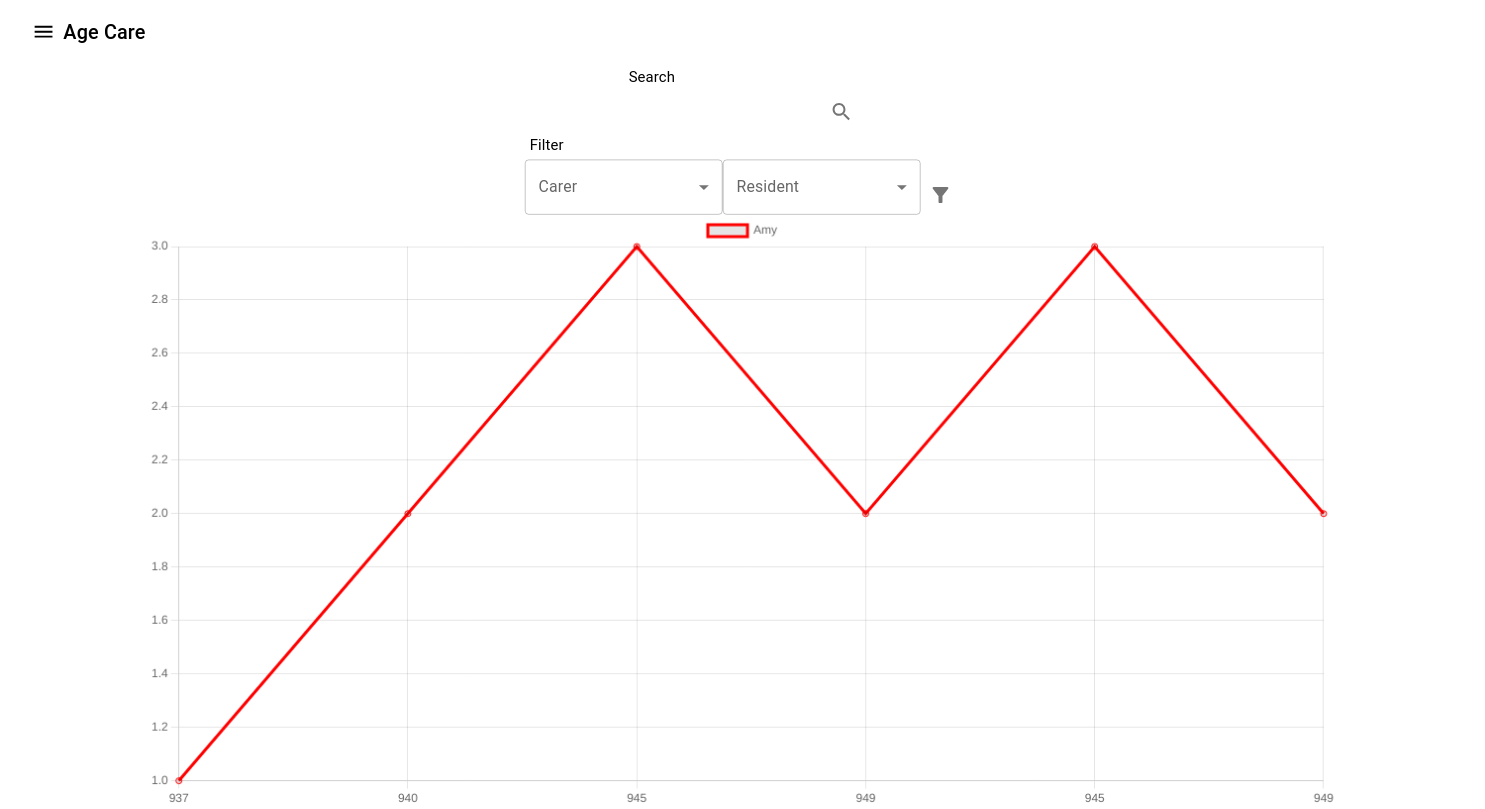
Repository: kimchybob/age_care
Page: /, after clicking the first element matching `button.css-78trlr-MuiButtonBase-root-MuiIconButton-root`
An editor plug-in stored every save of this project. The page is shown before and after the next save, followed by the edit.
The browser window is 1280 px wide. The page is 1500 px wide, so the pictures cover 1500 px, including what lies to the right of the window. The pictures show the whole page, at 99% of full size.
The project was rebuilt for these pictures with package versions that can differ from the ones it lists, and the page was loaded fresh each time. Also part of the build but not shown: src/Components/TimeSelecter.js, src/Components/SingleSelectList.js, src/Components/TableChart.js, src/Pages/DataGridPage.js.

Above is the page before, as saved 2022-03-23 23:07:00.

### src/index.js
import React from 'react';
import ReactDOM from 'react-dom';
import './index.css';
import App from './App';
import reportWebVitals from './reportWebVitals';
import { BrowserRouter } from "react-router-dom";

ReactDOM.render(
  <React.StrictMode>
    <App />
  </React.StrictMode>,
  document.getElementById('root')
);

// If you want to start measuring performance in your app, pass a function
// to log results (for example: reportWebVitals(console.log))
// or send to an analytics endpoint. Learn more: https://bit.ly/CRA-vitals
reportWebVitals();

### src/App.js
import logo from './logo.svg';
import './App.css';
import NavToolbar from './Components/Toolbar';
import LineChart from './Components/LineChart';
import { UserData } from './data';
import { useState } from 'react';
import ChartPage from './Pages/ChartPage';
import DataGridPage from './Pages/DataGridPage';
import { Link } from "react-router-dom";


function App() {
  const [view, setView] = useState("chart");



  return (

    <div className="App">
      <NavToolbar function={setView}/>
      <div style={{width:1500}}>
        {
          view=="chart"?
          <ChartPage/>
          :<DataGridPage/>
        }
      </div>
    </div>
  );
}

export default App;

### src/Components/Toolbar.js
import React from 'react';
import {Toolbar,Typography,Button } from '@mui/material';
import SideDrawer from './SideDrawer';


export default function NavToolbar(props) {



  return (
    <Toolbar>
      <SideDrawer/>
      <Typography variant="h6">
        Age Care
      </Typography>
    </Toolbar>
  );
}

### src/Components/LineChart.js
import React from "react";
import { Line } from 'react-chartjs-2';
import {Chart as ChartJS} from "chart.js/auto";

function LineChart({chartData}){
    return <Line data={chartData}/>
    ;
}

export default LineChart;

### src/data.js
export const UserData = [
    {
        id : 1,
        Carer : "Amy",
        Resident : "Tom",
        Date : 20220322,
        Time : 937,
        Distance : 1.0
    },
    {
        id : 2,
        Carer : "Amy",
        Resident : "Tom",
        Date : 20220322,
        Time : 940,
        Distance : 2.0
    },
    {
        id : 3,
        Carer : "Amy",
        Resident : "Tom",
        Date : 20220322,
        Time : 945,
        Distance : 3.0
    },
    {
        id : 4,
        Carer : "Amy",
        Resident : "Tom",
        Date : 20220322,
        Time : 949,
        Distance : 2.0
    },
    {
        id : 5,
        Carer : "Amy",
        Resident : "Tom",
        Date : 20220322,
        Time : 945,
        Distance : 3.0
    },
    {
        id : 6,
        Carer : "Amy",
        Resident : "Tom",
        Date : 20220322,
        Time : 949,
        Distance : 2.0
    },
]

### src/Pages/ChartPage.js
import { Line } from 'react-chartjs-2';
import {Chart as ChartJS} from "chart.js/auto";
import { UserData } from "../data";
import LineChart from "../Components/LineChart";
import MultiSelectList from "../Components/MultiSelectList";
import { Grid,IconButton, Typography } from "@mui/material";
import {React,useState} from 'react';
import DateSelecter from '../Components/DateSelecter';
import TimeSelecter from '../Components/TimeSelecter';
import SingleSelectList from '../Components/SingleSelectList';
import FilterAltIcon from '@mui/icons-material/FilterAlt';
import { Label } from '@mui/icons-material';






function ChartPage(){
  // const [carer,setCarer] = useState();

  const [userData,setUserData] = useState({
    labels: UserData.map((data) => data.Time),
    datasets: [
      {
        label:"Amy",
        data:UserData.map((data)=>data.Distance),
        borderColor:["red"]
      }
    ]
  });

  const [visible,setVisible] = useState(false);

  const filterClicked = () =>{
    setVisible(true);
  };

  const [filterVisible, setFilterVisible] = useState(false);

  const showFilter = () =>{
    setFilterVisible(true);
  };

  return (
    <div>
      <Grid
        container
        direction={"column"}
        justifyContent="center"
        alignItems="center"
      >
        <Grid item>
          <Typography
            component="legend"
            textAlign={"left"}
            margin={"3px"}
            fontSize={"15px"}>Search</Typography>
          <DateSelecter functions={showFilter}/>
        </Grid>
        {filterVisible?
        <Grid
          container
          direction={"column"}
          justifyContent="center"
          alignItems="center"
        >
          <Grid
            item
            container
            direction={"row"}
            justifyContent="center"
            alignItems="flex-end"
            spacing={5}
          >
            <Grid item>
              <Typography
                component="legend"
                textAlign={"left"}
                margin={"3px"}
                fontSize={"15px"}>Filter</Typography>
              <MultiSelectList label={"Carer"}/>
            </Grid>
            <MultiSelectList label={"Resident"}/>
            <IconButton onClick={filterClicked}>
                <FilterAltIcon/>
            </IconButton>
          </Grid>
          <Grid item width={1200}>
            <LineChart chartData={userData}/>
          </Grid>
        </Grid>
        :<h1/>}
      </Grid>
    </div>
  );
}

export default ChartPage;

### src/Components/SideDrawer.js
import * as React from 'react';
import Box from '@mui/material/Box';
import SwipeableDrawer from '@mui/material/SwipeableDrawer';
import Button from '@mui/material/Button';
import List from '@mui/material/List';
import Divider from '@mui/material/Divider';
import ListItem from '@mui/material/ListItem';
import ListItemIcon from '@mui/material/ListItemIcon';
import ListItemText from '@mui/material/ListItemText';
import InboxIcon from '@mui/icons-material/MoveToInbox';
import MailIcon from '@mui/icons-material/Mail';
import { IconButton} from '@mui/material';
import MenuIcon from '@mui/icons-material/Menu';

export default function SideDrawer(props) {
  const [state, setState] = React.useState({
    left: false
  });

  const toggleDrawer = (anchor, open) => (event) => {
    if (
      event &&
      event.type === 'keydown' &&
      (event.key === 'Tab' || event.key === 'Shift')
    ) {
      return;
    }

    setState({ ...state, [anchor]: open });
  };

  const list = (anchor) => (
    <Box
      sx={{ width: anchor === 'top' || anchor === 'bottom' ? 'auto' : 250 }}
      role="presentation"
      onClick={toggleDrawer(anchor, false)}
      onKeyDown={toggleDrawer(anchor, false)}
    >
      <List>
        {/* {['Dashboard', 'Activity List', 'Carer Registration', 'Resident Registration'].map((text, index) => (
          <ListItem button key={text}>
            <ListItemIcon>
              {index % 2 === 0 ? <InboxIcon /> : <MailIcon />}
            </ListItemIcon>
            <ListItemText primary={text} />
          </ListItem>
        ))} */}
        <ListItem button key={'Dashboard'} ><ListItemText primary={'Dashboard'} /></ListItem>
        <ListItem button key={'Activity List'} ><ListItemText primary={'Activity List'} /></ListItem>
        <ListItem button key={'Carer Registration'}><ListItemText primary={'Carer Registration'} /></ListItem>
        <ListItem button key={'Resident Registration'}><ListItemText primary={'Resident Registration'} /></ListItem>
      </List>
      <Divider />
    </Box>
  );

  return (
    <div>

        <React.Fragment key={'left'}>
          {/* <Button onClick={toggleDrawer('left', true)}>{'lft'}</Button> */}
          <IconButton
            color="inherit"
            // aria-label="open drawer"
            onClick={toggleDrawer('left', true)}
            // edge="start"
            // sx={{ mr: 2, ...(open && { display: 'none' }) }}
          >
            <MenuIcon />
          </IconButton>
          <SwipeableDrawer
            anchor={'left'}
            open={state['left']}
            onClose={toggleDrawer('left', false)}
            onOpen={toggleDrawer('left', true)}
          >
            {list('left')}
          </SwipeableDrawer>
        </React.Fragment>

    </div>
  );
}

### src/Components/MultiSelectList.js
import * as React from 'react';
import { useTheme } from '@mui/material/styles';
import OutlinedInput from '@mui/material/OutlinedInput';
import InputLabel from '@mui/material/InputLabel';
import MenuItem from '@mui/material/MenuItem';
import FormControl from '@mui/material/FormControl';
import Select from '@mui/material/Select';

const ITEM_HEIGHT = 48;
const ITEM_PADDING_TOP = 8;
const MenuProps = {
  PaperProps: {
    style: {
      maxHeight: ITEM_HEIGHT * 4.5 + ITEM_PADDING_TOP,
      width: 250,
    },
  },
};

const names = [
  'Oliver Hansen',
  'Van Henry',
  'April Tucker',
  'Ralph Hubbard',
  'Omar Alexander',
  'Carlos Abbott',
  'Miriam Wagner',
  'Bradley Wilkerson',
  'Virginia Andrews',
  'Kelly Snyder',
];

function getStyles(name, personName, theme) {
  return {
    fontWeight:
      personName.indexOf(name) === -1
        ? theme.typography.fontWeightRegular
        : theme.typography.fontWeightMedium,
  };
}

export default function MultiSelectList(props) {
  const theme = useTheme();
  const [personName, setPersonName] = React.useState([]);

  const handleChange = (event) => {
    const {
      target: { value },
    } = event;
    setPersonName(
      // On autofill we get a stringified value.
      typeof value === 'string' ? value.split(',') : value,
    );
  };

  return (
    <div>
      <FormControl sx={{width: 200 }}>
        <InputLabel id="demo-multiple-name-label">{props.label}</InputLabel>
        <Select
          labelId="demo-multiple-name-label"
          id="demo-multiple-name"
          multiple
          value={personName}
          onChange={handleChange}
          input={<OutlinedInput label="name" />}
          MenuProps={MenuProps}
        >
          {names.map((name) => (
            <MenuItem
              key={name}
              value={name}
              style={getStyles(name, personName, theme)}
            >
              {name}
            </MenuItem>
          ))}
        </Select>
      </FormControl>
    </div>
  );
}

### src/Components/DateSelecter.js
import * as React from 'react';
import TextField from '@mui/material/TextField';
import AdapterDateFns from '@mui/lab/AdapterDateFns';
import LocalizationProvider from '@mui/lab/LocalizationProvider';
import DatePicker from '@mui/lab/DatePicker';
import { FormControl, Grid, IconButton } from '@mui/material';
import SearchIcon from '@mui/icons-material/Search';



function DateSelecter(props){
    const [value, setValue] = React.useState(null);
    const searchClicked = () =>{
        props.functions(true);
    };

    return (
        <Grid
            container
            direction={"row"}
            alignItems="center"
            justifyContent="center"
        >
            <FormControl sx={{ width:200}}>
                <LocalizationProvider dateAdapter={AdapterDateFns}>
                    <DatePicker
                        label="Date"
                        value={value}
                        onChange={(newValue) => {
                        setValue(newValue);
                        }}
                        renderInput={(params) => <TextField {...params} />}
                    />
                </LocalizationProvider>
            </FormControl>
            <IconButton onClick={searchClicked}>
                <SearchIcon/>
            </IconButton>
        </Grid>
    );
}

export default DateSelecter;

Loaded but not shown: public/index.html (common file); src/index.css (common file); src/reportWebVitals.js (common file); src/App.css (common file)

After the next save:
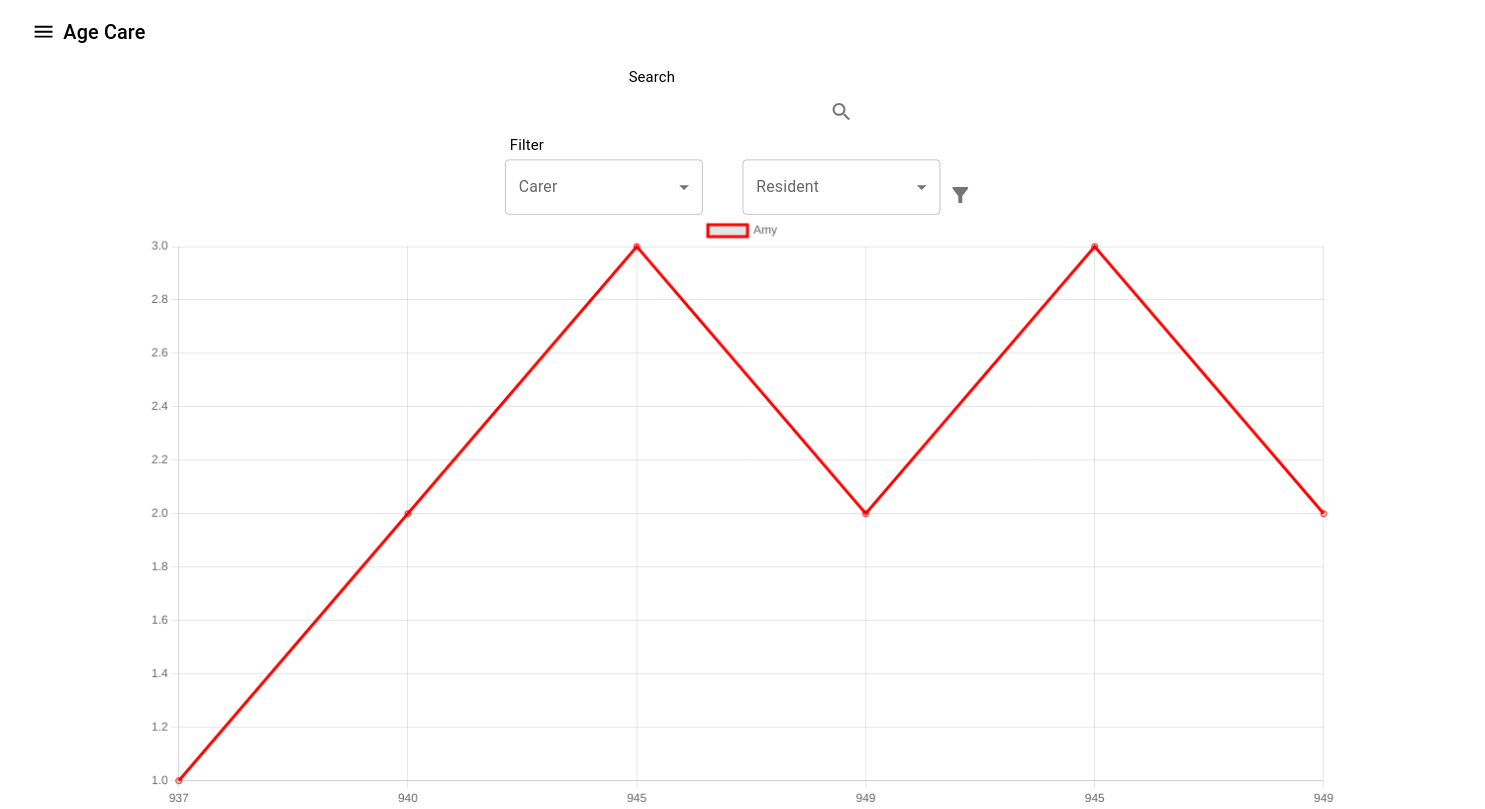
Saved 24 s later.
--- a/src/Pages/ChartPage.js
+++ b/src/Pages/ChartPage.js
@@ -81,7 +81,7 @@ function ChartPage(){
                 fontSize={"15px"}>Filter</Typography>
               <MultiSelectList label={"Carer"}/>
             </Grid>
-            <MultiSelectList label={"Resident"}/>
+            <Grid item><MultiSelectList label={"Resident"}/></Grid>
             <IconButton onClick={filterClicked}>
                 <FilterAltIcon/>
             </IconButton>
